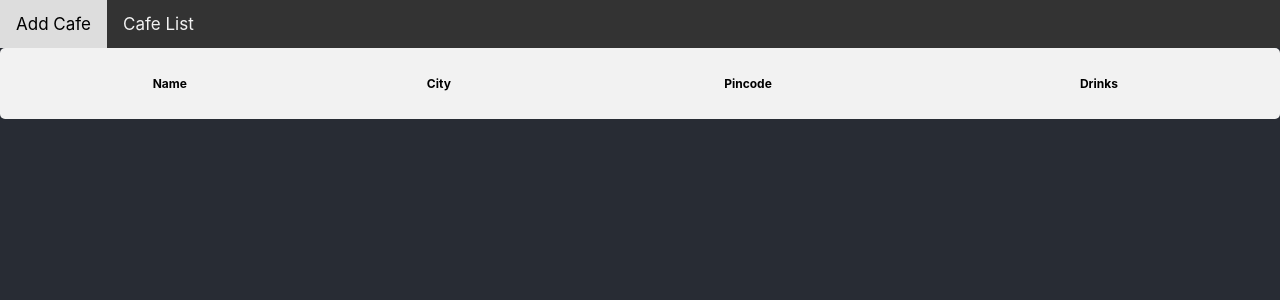
Repository: Surojd/project-cafe
Page: /cafes
These files come from the project's save history. The page is drawn as it stood at one moment and after the next save; the edit follows.
The browser window is 1280 px wide. The pictures show the whole page.
The page's requests for data from a server got no answer. The project was rebuilt for these pictures with package versions that can differ from the ones it lists, and the page was loaded fresh each time. No one was signed in, and anything a server would have sent is missing. Also part of the build but not shown: src/cafe/AddCafe.js.

Above is the page before, as saved 2021-09-01 14:01:35.

### src/index.js
import React from 'react';
import ReactDOM from 'react-dom';
import './index.css';
import App from './App';
import reportWebVitals from './reportWebVitals';

import { BrowserRouter as Router } from 'react-router-dom';
ReactDOM.render(
  <React.StrictMode>
    <Router>
      <App />
    </Router>
  </React.StrictMode>,
  document.getElementById('root')
);

// If you want to start measuring performance in your app, pass a function
// to log results (for example: reportWebVitals(console.log))
// or send to an analytics endpoint. Learn more: https://bit.ly/CRA-vitals
reportWebVitals();

### src/index.css
body {
  background-color: #282c34;
  margin: 0;
  font-family: -apple-system, BlinkMacSystemFont, 'Segoe UI', 'Roboto', 'Oxygen',
    'Ubuntu', 'Cantarell', 'Fira Sans', 'Droid Sans', 'Helvetica Neue',
    sans-serif;
  -webkit-font-smoothing: antialiased;
  -moz-osx-font-smoothing: grayscale;
}

code {
  font-family: source-code-pro, Menlo, Monaco, Consolas, 'Courier New',
    monospace;
}

a{
  text-decoration: none;
}

### src/App.js
import { Link, Redirect, Route, Switch } from 'react-router-dom';
import './App.css';
import { AddCafe, CafeList } from './cafe';

const routes = [
  { path: '/add-cafe', component: AddCafe },
  { path: '/cafes', component: CafeList },
];
function App() {
  return (
    <div className="App">
      <header className="topnav">
        <Link to="/add-cafe">Add Cafe</Link>
        <Link to="/cafes">Cafe List</Link>
      </header>
      <div class="container">
        <Switch>
          <div>
            {
              routes.map(item => {
                return <Route  {...item} />
              })
            }
          </div>
        </Switch>
      </div>
    </div>
  );
}

export default App;

### src/App.css
/* Add a black background color to the top navigation */
.topnav {
  background-color: #333;
  overflow: hidden;
}

/* Style the links inside the navigation bar */
.topnav a {
  float: left;
  display: block;
  color: #f2f2f2;
  text-align: center;
  padding: 14px 16px;
  text-decoration: none;
  font-size: 17px;
}

/* Change the color of links on hover */
.topnav a:hover {
  background-color: #ddd;
  color: black;
}

/* Add an active class to highlight the current page */
.topnav a.active {
  background-color: #04AA6D;
  color: white;
}

/* Hide the link that should open and close the topnav on small screens */
.topnav .icon {
  display: none;
}

* {box-sizing: border-box;}

input[type=text],input[type=number], select, textarea {
  width: 100%;
  padding: 12px;
  border: 1px solid #ccc;
  border-radius: 4px;
  box-sizing: border-box;
  margin-top: 6px;
  resize: vertical;
}

input[type=submit] {
  background-color: #04AA6D;
  color: white;
  padding: 12px 20px;
  border: none;
  border-radius: 4px;
  cursor: pointer;
}

button[type=submit]:hover {
  background-color: #45a049;
}

.container {
  border-radius: 5px;
  background-color: #f2f2f2;
  padding: 20px;
}

/* Chrome, Safari, Edge, Opera */
input::-webkit-outer-spin-button,
input::-webkit-inner-spin-button {
  -webkit-appearance: none;
  margin: 0;
}

/* Firefox */
input[type=number] {
  -moz-appearance: textfield;
}


.radio-label{
  display: block;
  position: relative;
  padding-left: 35px;
  margin-bottom: 12px;
  cursor: pointer;
  -webkit-user-select: none;
  -moz-user-select: none;
  -ms-user-select: none;
  user-select: none;
}



/* Hide the browser's default radio button */
.radio-label input[type=radio] {
  position: absolute;
  opacity: 0;
  cursor: pointer;
}

/* Create a custom radio button */
.checkmark {
  position: absolute;
  top: 0;
  left: 0;
  height: 16px;
  width: 16px;
  background-color: #eee;
  border-radius: 50%;
}

/* On mouse-over, add a grey background color */
.radio-label:hover input[type=radio] ~ .checkmark {
  background-color: #ccc;
}

/* When the radio button is checked, add a blue background */
.radio-label input[type=radio]:checked ~ .checkmark {
  background-color: #2196F3;
}

/* Create the indicator (the dot/circle - hidden when not checked) */
.checkmark:after {
  content: "";
  position: absolute;
  display: none;
}

/* Show the indicator (dot/circle) when checked */
.radio-label input[type=radio]:checked ~ .checkmark:after {
  display: block;
}

/* Style the indicator (dot/circle) */
.radio-label .checkmark:after {
 	top: 5px;
	left: 5px;
	width: 6px;
	height: 6px;
	border-radius: 50%;
	background: white;
}

.error{
    color: red;
    padding: 0px;
    margin: 0px;
}

table{
  border-radius: 5px;
  font-size: 12px;
  font-weight: normal;
  border: none;
  border-collapse: collapse;
  width: 100%;
  max-width: 100%;
  white-space: nowrap;
}

table th{
  text-align: center;
  padding: 8px;
}
table td{
  border-right: 1px solid #f8f8f8;
    font-size: 12px;
    text-align: center;
}

### src/cafe/index.js

export { default as AddCafe } from './AddCafe';
export { default as CafeList } from './CafeList';

### src/cafe/CafeList.js
import { collection, onSnapshot, query } from "firebase/firestore";
import React, { useEffect, useState } from 'react';
import firestore from './firebase';

export default function CafeList() {
  const [list, setList] = useState([]);
  useEffect(() => {
    const q = query(collection(firestore, "cafes"));
    const list = [];
    const unsubscribe = onSnapshot(q, { includeMetadataChanges: true }, (querySnapshot) => {
      querySnapshot.docChanges().forEach((change) => {
        const item = change.doc;
        list.push({ id: item.id, ...item.data() })
      });

      setList(list)
    });
    return unsubscribe;
  }, []);
  return (<table>
    <thead>
      <tr>
        <th>Name</th>
        <th>City</th>
        <th>Pincode</th>
        <th>Drinks</th>
      </tr>
    </thead>
    {
      list.map(({ id, name, city, pincode, drinks }, index) => {
        return (
          <tr key={`data-${id}`}>
            <td>{name}</td>
            <td>{city}</td>
            <td>{pincode}</td>
            <td>{drinks}</td>
          </tr>
        )
      })
    }
  </table>);
}

### src/cafe/firebase.js
import { initializeApp } from 'firebase/app'
import { enableIndexedDbPersistence, initializeFirestore, CACHE_SIZE_UNLIMITED } from 'firebase/firestore'
import { getAnalytics } from "firebase/analytics";


const firebaseApp = initializeApp({
  apiKey: "AIzaSyBF1CMLc0WfG_majkcPFVm9eU-DCqGW9BM",
  authDomain: "project-cafe-d8aca.firebaseapp.com",
  projectId: "project-cafe-d8aca",
  storageBucket: "project-cafe-d8aca.appspot.com",
  messagingSenderId: "531282317018",
  appId: "1:531282317018:web:25d8fc0f088be0c68d5fe3",
  measurementId: "G-GNS7C6HN2Y"
});
const firestore = initializeFirestore(firebaseApp, {
  cacheSizeBytes: CACHE_SIZE_UNLIMITED
});

enableIndexedDbPersistence(firestore)
  .catch((err) => {
    if (err.code === 'failed-precondition') {
      console.log('Multiple tabs open, persistence can only be enabled in one tab at a a time.');
    } else if (err.code === 'unimplemented') {
      console.log('The current browser does not support all of the features required to enable persistence.');
    }
  });
export default firestore;
const analytics = getAnalytics(firebaseApp);

Loaded but not shown: public/index.html (common file); src/reportWebVitals.js (common file)

After the next save:
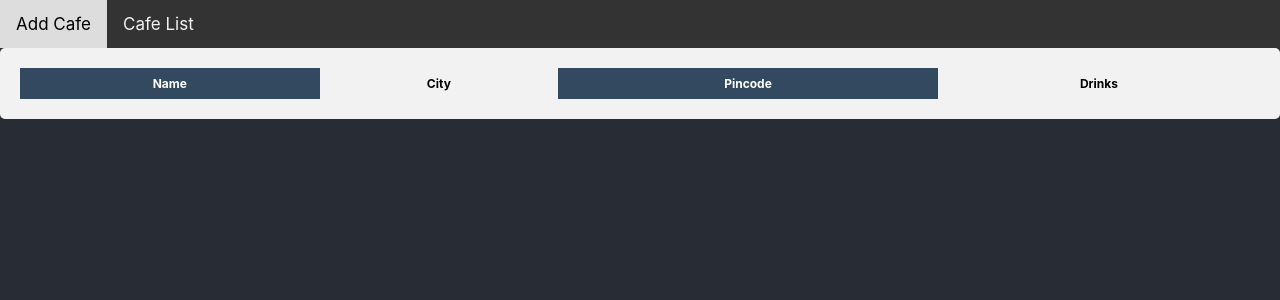
Saved 26 s later.
--- a/src/App.css
+++ b/src/App.css
@@ -166,3 +166,7 @@ table td{
     font-size: 12px;
     text-align: center;
 }
+th:nth-child(odd) {
+  color: #ffffff;
+  background: #324960;
+}
